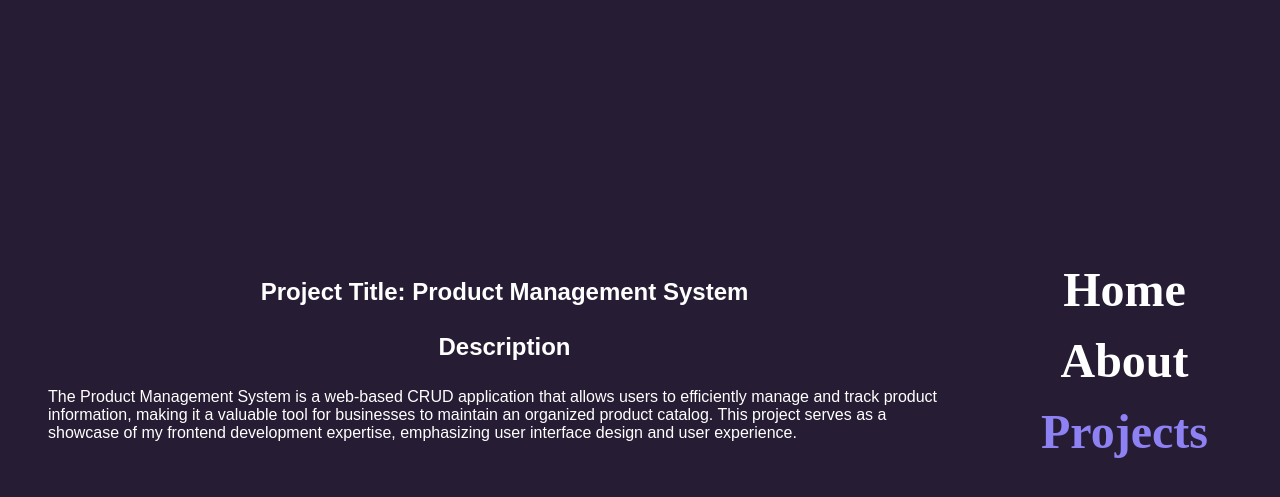
Repository: ahamdy997/portfolio
Page: /projects
The author's editor kept a copy of each file at every save. The page is drawn from the files as they stood at one save, then again after the next save.
The browser window is 1280 px wide. The pictures show the whole page.
The project was rebuilt for these pictures with package versions that can differ from the ones it lists, and the page was loaded fresh each time. Also part of the build but not shown: vue.config.js, src/components/HelloWorld.vue, src/views/HomeView.vue.

Above is the page before, as saved 2023-11-06 00:42:57.

After the next save:
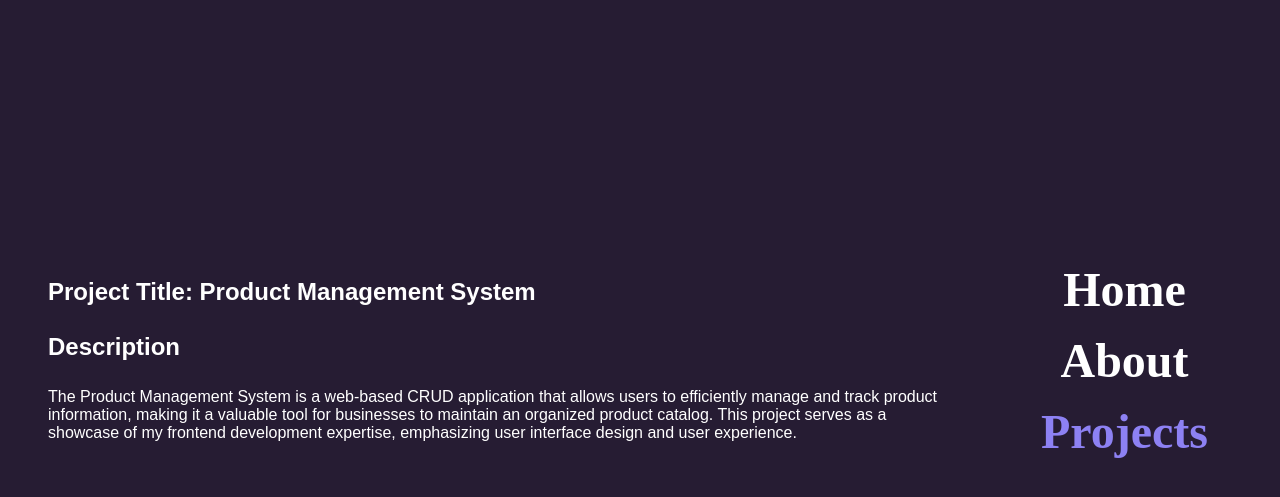
Saved 43 s later.
--- a/src/views/ProjectView.vue
+++ b/src/views/ProjectView.vue
@@ -15,7 +15,7 @@
 img {
   width: 100%;
 }
-div > h2 {
+div:first-child {
   text-align: center;
 }
 h2 {

After the save that followed:
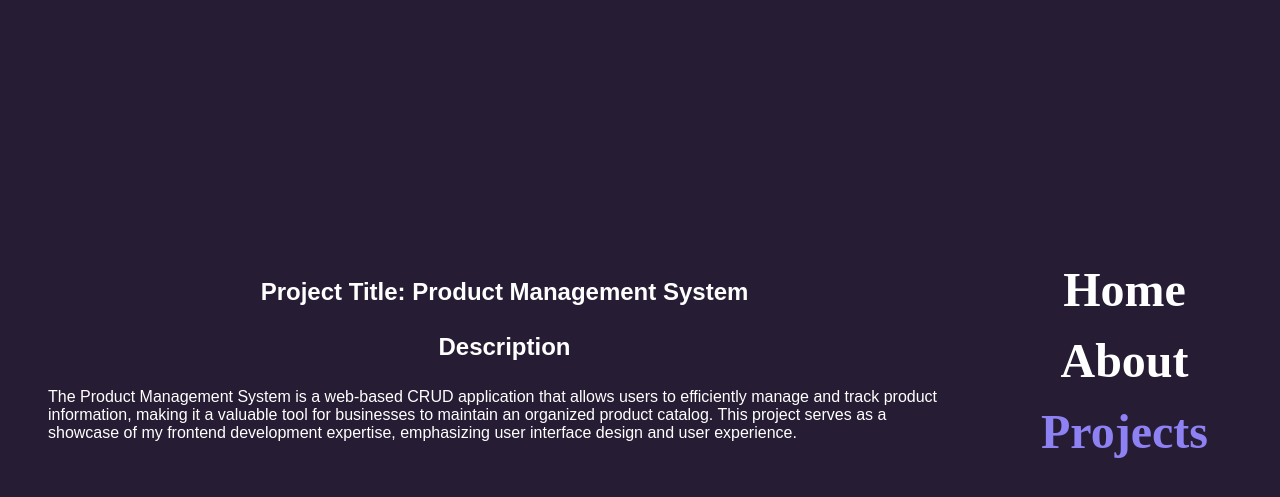
Saved 63 s later.
--- a/src/views/ProjectView.vue
+++ b/src/views/ProjectView.vue
@@ -18,7 +18,7 @@ img {
 div:first-child {
   text-align: center;
 }
-h2 {
+div:nth-child(2) {
   text-align: left;
 }
 p {
